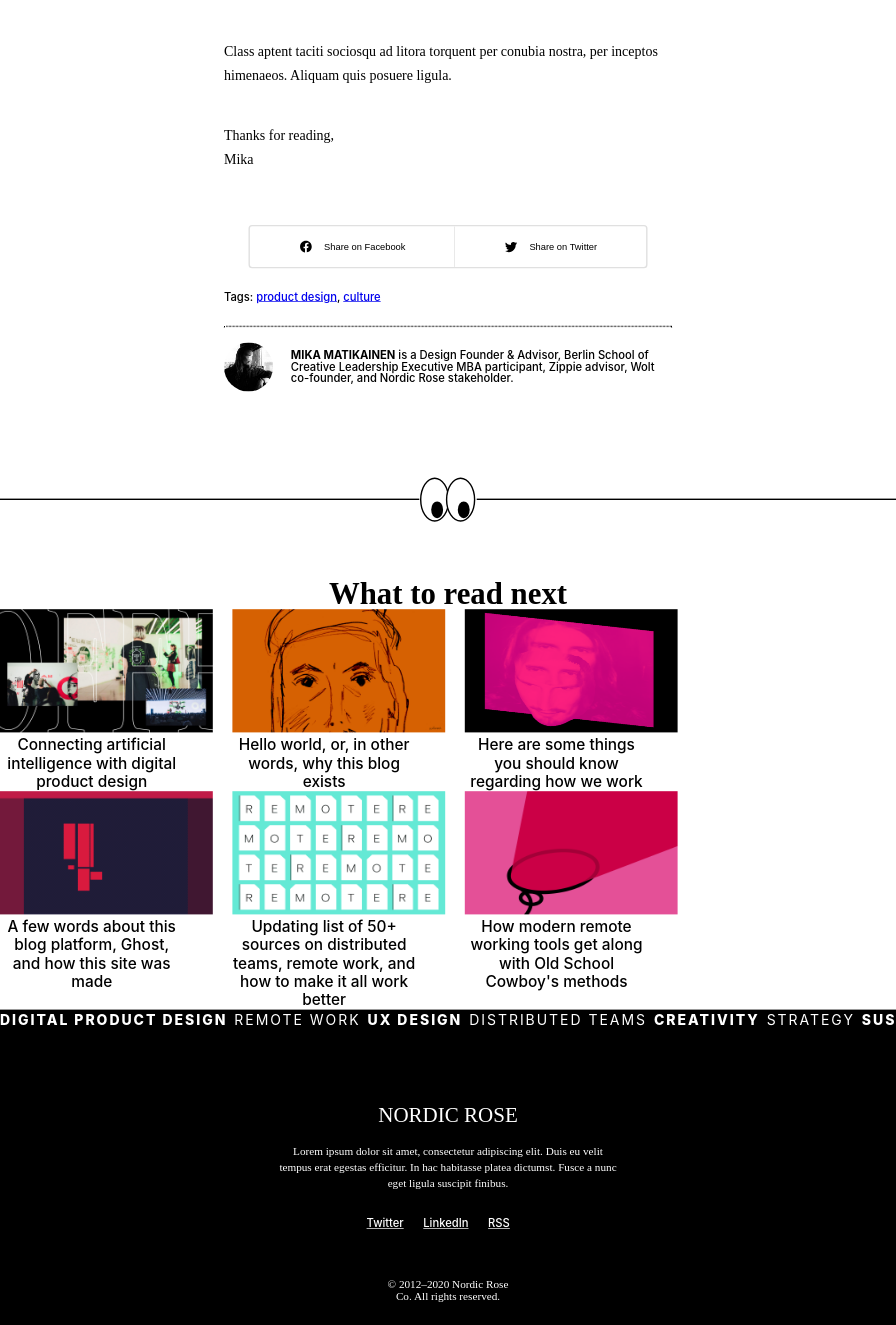
Repository: ThuTrang-jvb/JVB-BT1
Page: Page 3/article.html
An editor plug-in stored every save of this project. The page is shown before and after a run of saves, followed by the edit.
The browser window is 1280 px wide. The pictures show the part of the page from y = 3256 to 5176 px (the page is 5149 px tall before and 5176 px after), at 70% of full size.

Above is the page before, as saved 2025-06-30 09:43:29.

### Page 3/article.html
<!DOCTYPE html>
<html lang="en">
<head>
    <meta charset="UTF-8">
    <meta name="viewport" content="width=device-width, initial-scale=1.0">
    <link rel="stylesheet" href="styleArticle.css">
    <link href="https://fonts.googleapis.com/css2?family=Playfair+Display&display=swap" rel="stylesheet">
    <title>Article</title>
</head>
<body>
    <div class="header">
        <h1>NORDIC ROSE</h1>
        <div class="nav">
            <p class="active">blog</p>
            <p>about</p>
            <p>links</p>
            <p>projects</p>
        </div>
        <div class="hamburger">
            <span></span>
            <span></span>
            <span></span>
        </div>
    </div>
    <hr>
    <div class="main">
        <div class="title">
            <h1>A few words about this blog platform, Ghost, and how this site was made</h1>
            <p>Why Ghost (& Figma) instead of Medium, <br> WordPress or other options?</p>
            <img src="image/image 2.png" alt="image 2">
            <hr>
        </div>
        <div class="status">
            <div class="status_img">
                <img src="image/anh_nen.png" alt="image 3">
                <div class="status_text">
                    <p class="bold_p">Mika MAtikainen</p>
                    <p>Apr 15, 2020 · 4 min read</p>
                </div>

            </div>

            <div class="share-buttons">
                <button class="share-btn" aria-label="Share on Facebook">
                    <svg width="18" height="18" viewBox="0 0 24 24" fill="#000" xmlns="http://www.w3.org/2000/svg">
                    <path d="M22 12.07C22 6.48 17.52 2 12 2S2 6.48 2 12.07c0 5 3.66 9.13 8.44 9.93v-7.03h-2.54v-2.9h2.54V9.41c0-2.5 1.49-3.89 3.77-3.89 1.09 0 2.24.2 2.24.2v2.46h-1.26c-1.24 0-1.63.77-1.63 1.56v1.87h2.78l-.44 2.9h-2.34v7.03C18.34 21.2 22 17.07 22 12.07z"/>
                    </svg>
                </button>
                <button class="share-btn" aria-label="Share on Twitter">
                    <svg width="18" height="18" viewBox="0 0 24 24" fill="#000" xmlns="http://www.w3.org/2000/svg">
                    <path d="M22.46 6c-.77.35-1.6.58-2.46.69a4.28 4.28 0 0 0 1.88-2.36 8.56 8.56 0 0 1-2.71 1.04 4.26 4.26 0 0 0-7.26 3.88 12.09 12.09 0 0 1-8.77-4.45 4.26 4.26 0 0 0 1.32 5.69 4.23 4.23 0 0 1-1.93-.53v.05a4.26 4.26 0 0 0 3.42 4.17 4.29 4.29 0 0 1-1.92.07 4.26 4.26 0 0 0 3.98 2.96A8.54 8.54 0 0 1 2 19.54 12.07 12.07 0 0 0 8.29 21.5c7.55 0 11.68-6.26 11.68-11.68 0-.18 0-.35-.01-.53A8.36 8.36 0 0 0 22.46 6z"/>
                    </svg>
                </button>
            </div>
        </div>
        <div class="caption">
            <pre>Lorem ipsum dolor sit amet, consectetur adipiscing elit. Duis eu velit
tempus erat egestas efficitur. In hac habitasse platea dictumst. Fusce a
nunc eget ligula suscipit finibus. Aenean pharetra quis lacus at viverra.

Class aptent taciti sociosqu ad litora torquent per conubia nostra, per
inceptos himenaeos. Aliquam quis posuere ligula. In eu dui molestie, molestie
lectus eu, semper lectus.</pre>
            <h2>Next on the pipeline</h2>
            <pre>Duis eu velit tempus erat egestas efficitur. In hac habitasse platea
dictumst. Fusce a nunc eget ligula suscipit finibus. Aenean pharetra
quis lacus at viverra. Class aptent taciti sociosqu ad litora torquent per
conubia nostra, per inceptos himenaeos.

Morbi efficitur auctor metus, id mollis lorem pellentesque id. Nullam
posuere maximus dui et fringilla. </pre>
            <figure>
                <img src="image/3cc5df540f70fc0ba5d96cdc94c3d237971a9b6e.jpg" alt="Rectangle 8">
                <figcaption>Image caption centered this way and I’ll make this a bit longer to indicate the amount of line-height. </figcaption>
            </figure>
            <pre>Aenean pharetra quis lacus at viverra. Class aptent taciti sociosqu ad
litora torquent per conubia nostra, per inceptos himenaeos. Aliquam
quis posuere ligula.

In eu dui molestie, molestie lectus eu, semper lectus. Proin at justo
lacinia, auctor nisl et, consequat ante. Donec sit amet nisi arcu. Morbi
efficitur auctor metus, id mollis lorem pellentesque id. Nullam
posuere maximus dui et fringilla. Nulla non volutpat leo.</pre>
            <p>A list looks like this:</p>
            <ul>
                <li>First item in the list</li>
                <li>Second item in the list lorem ipsum dolor sit amet nunc felis dolor lorem ipsum sit amet</li>
                <li>Third item in the list</li>
            </ul>
            <p>Class aptent taciti sociosqu ad litora torquent per conubia nostra, per inceptos himenaeos. Aliquam quis posuere ligula. </p>
            <p>Thanks for reading,<br>
            Mika</p>
        </div>
        <div class="links">
            <div class="share-buttons">
                <button class="share-btn" aria-label="Share on Facebook">
                    <svg width="18" height="18" viewBox="0 0 24 24" fill="#000" xmlns="http://www.w3.org/2000/svg">
                        <path d="M22 12.07C22 6.48 17.52 2 12 2S2 6.48 2 12.07c0 5 3.66 9.13 8.44 9.93v-7.03h-2.54v-2.9h2.54V9.41c0-2.5 1.49-3.89 3.77-3.89 1.09 0 2.24.2 2.24.2v2.46h-1.26c-1.24 0-1.63.77-1.63 1.56v1.87h2.78l-.44 2.9h-2.34v7.03C18.34 21.2 22 17.07 22 12.07z"/>
                        <span>Share on Facebook</span>
                    </svg>
                </button>
                <button class="share-btn" aria-label="Share on Twitter">
                    <svg width="18" height="18" viewBox="0 0 24 24" fill="#000" xmlns="http://www.w3.org/2000/svg">
                    <path d="M22.46 6c-.77.35-1.6.58-2.46.69a4.28 4.28 0 0 0 1.88-2.36 8.56 8.56 0 0 1-2.71 1.04 4.26 4.26 0 0 0-7.26 3.88 12.09 12.09 0 0 1-8.77-4.45 4.26 4.26 0 0 0 1.32 5.69 4.23 4.23 0 0 1-1.93-.53v.05a4.26 4.26 0 0 0 3.42 4.17 4.29 4.29 0 0 1-1.92.07 4.26 4.26 0 0 0 3.98 2.96A8.54 8.54 0 0 1 2 19.54 12.07 12.07 0 0 0 8.29 21.5c7.55 0 11.68-6.26 11.68-11.68 0-.18 0-.35-.01-.53A8.36 8.36 0 0 0 22.46 6z"/>
                    <span>Share on Twitter</span>
                    </svg>
                </button>
            </div>
        </div>
        <div class="tag">
            <p>Tags: <a href="#">product design</a>, <a href="#">culture</a></p>
            <hr>
            <div class="status_tag">
                <img src="image/anh_nen.png" alt="image 3">
                <div class="status_text_end">
                    <p> <b>MIKA MATIKAINEN</b> is a Design Founder & Advisor, Berlin School of Creative Leadership Executive MBA participant, Zippie advisor, Wolt co-founder, and Nordic Rose stakeholder.  </p>
                </div>

            </div>
        </div>
    </div>
    <div class="divider">
        <div class="path"></div>
        <div class="eyes">
            <div class="eye eye-left">
                <div class="pupil"></div>
            </div>
            <div class="eye eye-right">
                <div class="pupil"></div>
            </div>
        </div>
        <div class="path"></div>
    </div>
    <div>
        <h3>What to read next</h3>
        <div class="image">
            <div class="image_line">
                <img src="image/image1.png" alt="Rectangle 4">
                <p>Connecting artificial intelligence with digital product design</p>
            </div>
            <div class="image_line">
                <img src="image/image2.png" alt="Rectangle 11">
                <p>Hello world, or, in other words, why this blog exists</p>
            </div>
            <div class="image_line">
                <img src="image/image.png" alt="Rectangle 10">
                <p>Here are some things you should know regarding how we work </p>
            </div>
        </div>
        <div class="image_desktop">
            <div class="image_line">
                <img src="image/image13.png" alt="Rectangle 37">
                <p>A few words about this blog platform, Ghost, and how this site was made</p>
            </div>
            <div class="image_line">
                <img src="image/image12.png" alt="Rectangle 39">
                <p>Updating list of 50+ sources on distributed teams, remote work, and how to make it all work better</p>
            </div>
            <div class="image_line">
                <img src="image/image11.png" alt="Rectangle 38">
                <p>How modern remote working tools get along with Old School Cowboy's methods</p>
            </div>
        </div>
    </div>
    <div class="footer">
        <div class="line-wrap">
            <div class="line">
                <span class="bold">Digital product design</span>
                <span>Remote work</span>
                <span class="bold">UX design</span>
                <span>Distributed teams</span>
                <span class="bold">Creativity</span>
                <span>Strategy</span>
                <span class="bold">Suspense</span>
                <span>Growth</span>
            </div>
        </div>
        <p class="logo">NORDIC ROSE</p>
        <p class="para">Lorem ipsum dolor sit amet, consectetur adipiscing elit. Duis eu velit tempus erat egestas efficitur. In hac habitasse platea dictumst. Fusce a nunc eget ligula suscipit finibus. </p>
        <div class="info">
            <p>Twitter</p>
            <p>LinkedIn</p>
            <p>RSS</p>
        </div>
        <p class="year">© 2012–2020 Nordic Rose Co. All rights reserved. </p>
    </div>
</body>
</html>

### Page 3/styleArticle.css
 * {
    margin: 0;
    padding: 0;
    box-sizing: border-box;
 }
.header {
    width: 100%;
    max-width: 1440px;
    height: auto;
    box-sizing: border-box;
    justify-content: space-between;
    align-items: center;
    display: flex;
    gap: 476.59px;
    padding: 52.54px 61px 40px 63.58px;
    height: 134px;
}
.header h1 {
    font-weight: 400;
    font-size: 30px;
}
.hamburger {
  display: none;
  flex-direction: column;
  gap: 5px;
  cursor: pointer;
}

.hamburger span {
  width: 25px;
  height: 3px;
  background-color: black;
  display: block;
  border-radius: 2px;
}
.nav {
    display: flex;
    justify-content: center;
    gap: 34px;
}
.nav p {
    position: relative;
    font-family: New York Small;
    font-weight: 500;
    font-size: 20px;
    line-height: 170%;
    letter-spacing: 2.8px;
    text-align: center;
    text-transform: uppercase;
    margin: 0;
    text-decoration: none;

}

.nav p.active::after {
    content: "";
    position: absolute;
    bottom: -43px;
    left: 50%;
    transform: translateX(-50%);
    width: 50px;
    height: 2px;
    background-color: #000;
}

hr {
  width: 100vw;
  border: none;
  border-top: 1px solid #ccc;
  margin: 0;
}
.title img {
    width: 100vw;
    height: auto;
    display: block;
    padding-bottom: 44px;
    margin: 0 auto;
}
.title h1 {
    font-family: New York Extra Large;
    font-weight: 700;
    font-size: 54px;
    line-height: 100%;
    letter-spacing: 0%;
    text-align: center;
    margin: 0 auto;
    max-width: 858px;
    padding-top: 52px;
    padding-bottom: 32px;
}
.title p {
    font-family: SF Mono;
    font-weight: 400;
    font-size: 20px;
    line-height: 170%;
    letter-spacing: 0%;
    text-align: center;
    max-width: 592px;
    margin: 0 auto;
    padding-bottom: 52px;

}
.title hr {
    border: 2px solid #000000;
    width: 640px;
    display: block;
    margin: 0 auto;
}
.status_img img {
    width: 56px;
    height: 56px;
    object-fit: cover;
    border-radius: 50%;
}
.share-buttons {
    display: flex;
    border: 2px solid #e0e0e0;
    border-radius: 5px;
    overflow: hidden;
    width: fit-content;
    background-color: #fff;
    margin-left: 273px;
    margin-top: 1px;
}
.share-btn {
    border: none;
    padding: 12.04px 25px;
    background: transparent;
    cursor: pointer;
    display: flex;
    align-items: center;
    justify-content: center;
    outline: none;
    gap: 16px;
}

.share-btn + .share-btn {
    border-left: 1px solid #e0e0e0;
}

.share-btn svg {
    width: 20px;
    height: 20px;
}
.status {
    display: flex;
    justify-content: center;
    align-items: center;
}
.status_img {
    display: flex;
    align-items: center;
    gap: 5px;
    padding-top: 24px;
    padding-bottom: 53px;
}
.bold_p {
    max-width: 191px;
    font-family: SF Pro Text;
    font-weight: 700;
    font-size: 16px;
    line-height: 100%;
    letter-spacing: 5%;
    text-transform: uppercase;
}
.status_text p {
    font-family: SF Pro Text;
    font-weight: 400;
    font-size: 16px;
    line-height: 100%;
    letter-spacing: 0%;
}
.status_text {
    padding-top: 5px;
}
.caption pre{
    text-align: left;
    margin: 0 auto;
    max-width: 640px;
    font-family: 'SF Pro Text', 'New York Medium', serif;
    font-weight: 400;
    font-size: 20px;
    line-height: 170%;
    letter-spacing: 0%;

}

.caption h2 {
    font-family: SF Pro Display;
    font-weight: 700;
    font-size: 32px;
    line-height: 160%;
    letter-spacing: 0%;
    padding-top: 57px;
    padding-bottom: 24px;
    text-align: left;
    max-width: 640px;
    margin: 0 auto;
}
.caption img {
    width: 854px;
    height: 570px;
    display: block;
    margin: 0 auto;
    padding-top: 52px;
    padding-bottom: 12px;
}
figcaption {
    max-width: 481px;
    text-align: center;
    margin: 0 auto;
    padding-bottom: 52px;
}
.caption p {
    font-family: New York Medium;
    font-weight: 400;
    font-size: 20px;
    line-height: 170%;
    letter-spacing: 0%;
    text-align: left;
    margin: 0 auto;
    max-width: 640px;
    padding-top: 52px;
}
li {
    font-family: New York Medium;
    font-weight: 400;
    font-size: 20px;
    line-height: 170%;
    letter-spacing: 0%;
    text-align: left;
    margin: 0 auto;
    max-width: 588px;
}
ul {
    padding-top: 19px;
}
.links {
    display: block;
    margin: 0 auto;
    padding-top: 77px;

}
.links .share-buttons{
    margin: 0 auto;
}
.links .share-btn {
    padding: 19px 70px;
}
.tag p {
    max-width: 640px;
    text-align: left;
    margin: 0 auto;
    padding-top: 32px;
    padding-bottom: 34px;
    font-family: SF Pro Text;
    font-weight: 500;
    font-size: 16px;
    line-height: 100%;
    letter-spacing: 3%;

}
.tag hr {
    border: 1px dotted #000000;
    width: 640px;
    display: block;
    margin: 0 auto;
}
.status_text_end {
    display: flex;
    max-width: 543px;
    text-align: left;
    margin: 0 auto;
    font-family: SF Pro Text;
    font-weight: 400;
    font-size: 16px;
    line-height: 160%;
    letter-spacing: 5%;

}
.status_tag img {
    width: 70px;
    height: 70px;
    object-fit: cover;
    border-radius: 50%;
}
.status_tag {
    display: flex;
    align-items: center;
    gap: 24px;
    max-width: 640px;
    margin: 0 auto;
}



.footer {
    background-color: #000000;
    color: white;
    text-align: center;
    padding-bottom:32px;
}
.bold {
    font-weight: 800;
}
.line {
    display: flex;
    flex-wrap: nowrap;
    overflow-x: auto;
    max-width: 100%;
    letter-spacing: 2.8px;
    white-space: nowrap;
    padding-bottom: 105.12px;
    scrollbar-width: none;
    gap: 10px;
}
.line::-webkit-scrollbar {
    display: none;
}
.line-wrapper {
  width: 100vw;
  overflow-x: auto;
}
.line span {
    font-family: SF Pro Text;
      font-size: 20px;
      color: #fff;
      text-transform: uppercase;
      display: inline-flex;
      flex-wrap: nowrap;
      justify-content: center;
      flex-shrink: 0;
      line-height: 28px;
}
    .divider {
      display: flex;
      align-items: center;
      justify-content: center;
      margin: 100px 0 40.71px;
    }

    .path {
      flex: 1;
      height: 2.5px;
      background-color: black;
    }

    .eyes {
      display: flex;
      width: 82px;
      height: 64px;
      align-items: center;
      position: relative;
    }

    .eye {
      width: 42.29px;
      height: 62.86px;
      background: white;
      border: 2.5px solid black;
      border-radius: 50%;
      position: absolute;
    }

    .eye-left {
      left: 0.5px;
    }

    .eye-right {
      left: 38px;
    }

    .pupil {
      width: 17.14px;
      height: 24.29px;
      background: black;
      border-radius: 50%;
      position: absolute;
      top: 55%;
      left: 38%;
    }
.image, .image_desktop {
    display: flex;
    gap: 28px;
}
.image_line img {
    width: 304px;
    height: 176px;
}
.image_line p {
    font-family: SF Pro Display;
    font-weight: 500;
    font-size: 22px;
    line-height: 120%;
    letter-spacing: 0%;
    text-align: center;
    max-width: 262px;
}
h3 {
    font-family: New York Extra Large;
    font-weight: 700;
    font-size: 44px;
    line-height: 100%;
    letter-spacing: 0%;
    text-align: center;
    padding-top: 40.71px;
    padding-bottom:  ;
}










.footer h1 {
    padding-bottom: 25.58px;
}
.para {
    font-family: New York Small;
    font-weight: 400;
    font-size: 16px;
    line-height: 140%;
    text-align: center;
    max-width: 488px;
    padding-bottom: 32px;
    margin: 0 auto;
}
.info {
    display: flex;
    justify-content: center;
    max-width: 209px;
    padding-bottom: 64px;
    margin: 0 auto;
}

.info p {
    margin: 0;
    font-family: SF Pro Text;
    font-weight: 500;
    font-size: 16px;
    line-height: 170%;
    text-decoration: underline;
    padding-right: 28px;
}
.logo {
    margin: 0;
    font-weight: 400;
    font-size: 30px;
    padding-bottom: 25.58px;
}
.footer .year {
    max-width: 178px;
    text-align: center;
    margin: 0 auto;
}
@media screen and (max-width: 767px) {
    .header {
        padding: 24px 20px;
        gap: 0;
    }

    .nav {
        display: none;
    }

    .hamburger {
        display: flex;
    }
    hr {
        width: 100%;
    }
    .main {
        padding: 52px 0 0 0;
    }

    .title img {
        width: 100%;
        height: auto;
        display: block;
        margin: 0;
    }

    .title h1 {
        font-size: 36px;
        max-width: 100%;
        text-align: center;
        padding-bottom: 24px;
        margin: 0 auto;
    }

    .title p {
        font-size: 16px;
        max-width: 90%;
        text-align: center;
        padding-bottom: 36px;
    }

    .title hr {
        width: 90%;

    }




    .line {
        margin: 0;
        padding-bottom: 32px;
        justify-content: flex-start;
        max-width: 100vw;
        overflow-x: auto;
    }

    .line span {
        font-size: 14px;
        line-height: 24px;
    }

    .logo {
        font-size: 20px;
        padding-bottom: 16px;
    }

    .para {
        font-size: 14px;
        padding-bottom: 32px;
        margin: 0 auto;
        max-width: 90%;
    }

    .info {
        justify-content: center;
        gap: 16px;
        font-size: 14px;
        padding-bottom: 64px;
        max-width: 100%;
    }

    .footer .year {
        font-size: 12px;
        padding: 0 16px;
    }
}

After the next 3 saves:
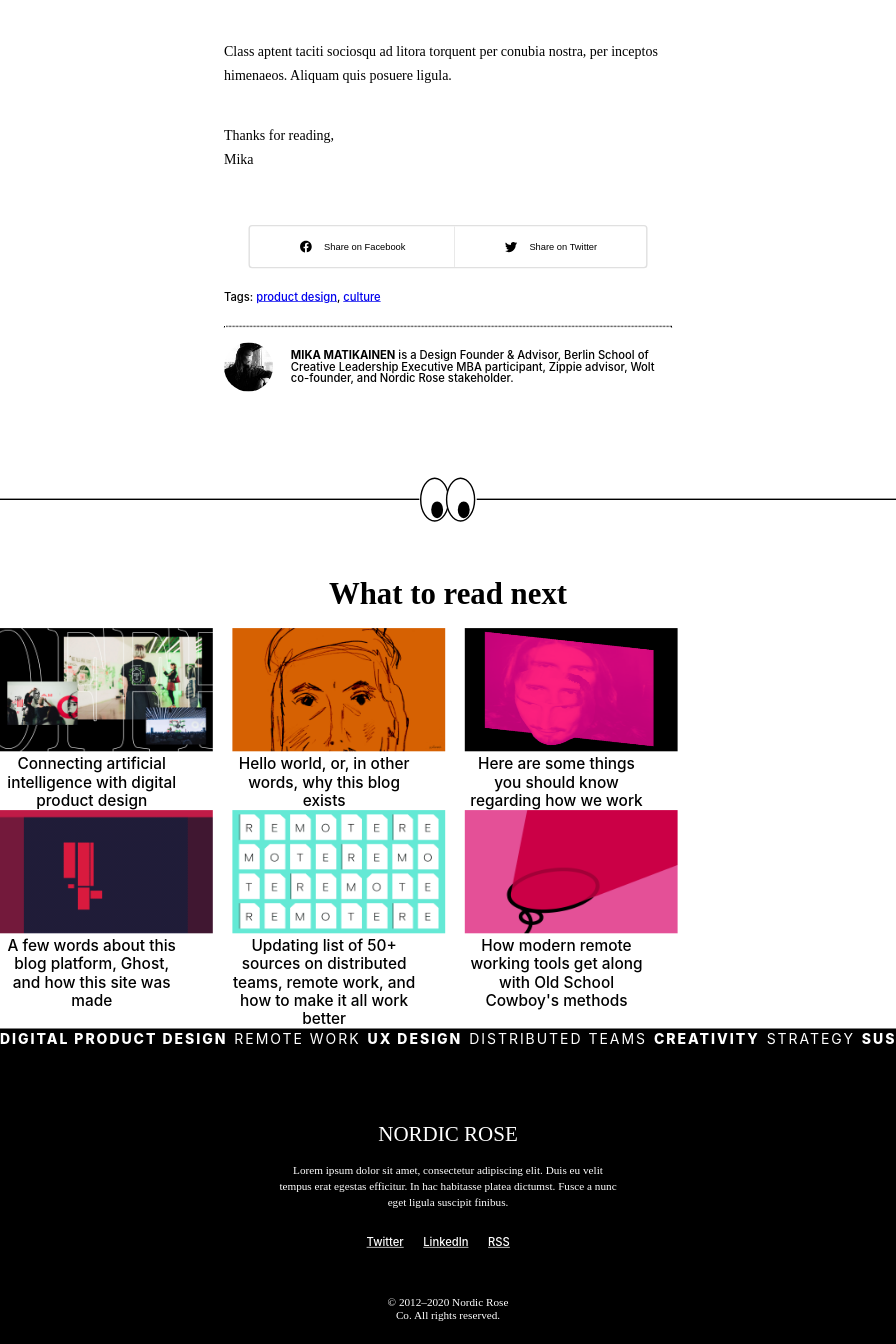
The 3 saves are shown as one change because they came seconds apart.
The last was saved 100 s later.
--- a/Page 3/styleArticle.css
+++ b/Page 3/styleArticle.css
@@ -404,7 +404,7 @@ h3 {
     letter-spacing: 0%;
     text-align: center;
     padding-top: 40.71px;
-    padding-bottom:  ;
+    padding-bottom: 27px;
 }
 
 
